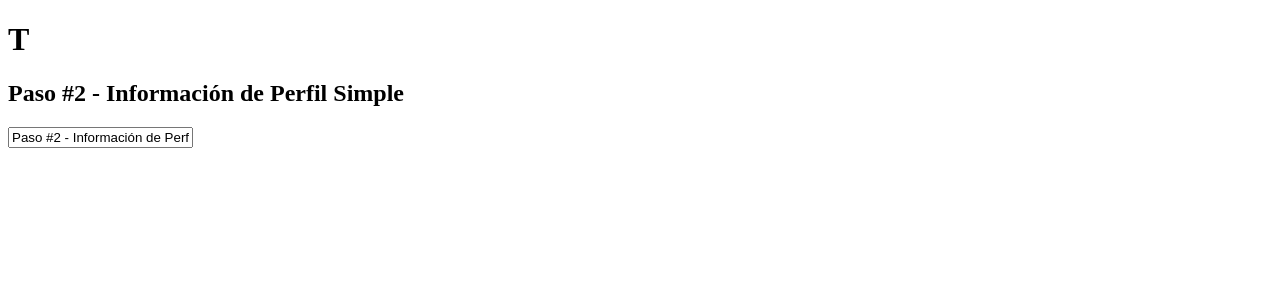
Repository: SofiaSferco/PWA
Page: practico01/index.html
An editor plug-in stored every save of this project. The page is shown before and after a run of saves, followed by the edit.
The browser window is 1280 px wide. The pictures show the whole page.

Above is the page before, as saved 2025-10-02 21:51:33.

### practico01/index.html
<!DOCTYPE html>
<html lang="en">
<head>
    <meta charset="UTF-8">
    <title>Trabajo Práctico 1</title>
    <script src="https://unpkg.com/vue@3/dist/vue.global.js"></script>
</head>
<body>
    <div id="app">
        <h1>T</h1>
        <h2>{{ title }}</h2>
        <input v-model="title" placeholder="Edit me">
    </div>
    <script>
        const { createApp } = Vue;
        createApp({
            data() {
                return {
                    title: 'Paso #2 - Información de Perfil Simple'
                }
            }
        }).mount('#app');
    </script>
</body>
</html>

After the next 3 saves:
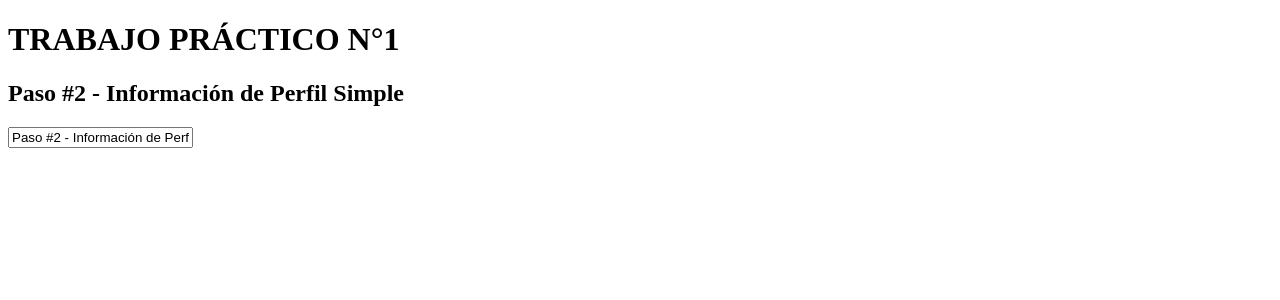
The 3 saves are shown as one change because they came seconds apart.
The last was saved 10 s later.
--- a/practico01/index.html
+++ b/practico01/index.html
@@ -7,7 +7,7 @@
 </head>
 <body>
     <div id="app">
-        <h1>T</h1>
+        <h1>TRABAJO PRÁCTICO N°1</h1>
         <h2>{{ title }}</h2>
         <input v-model="title" placeholder="Edit me">
     </div>
